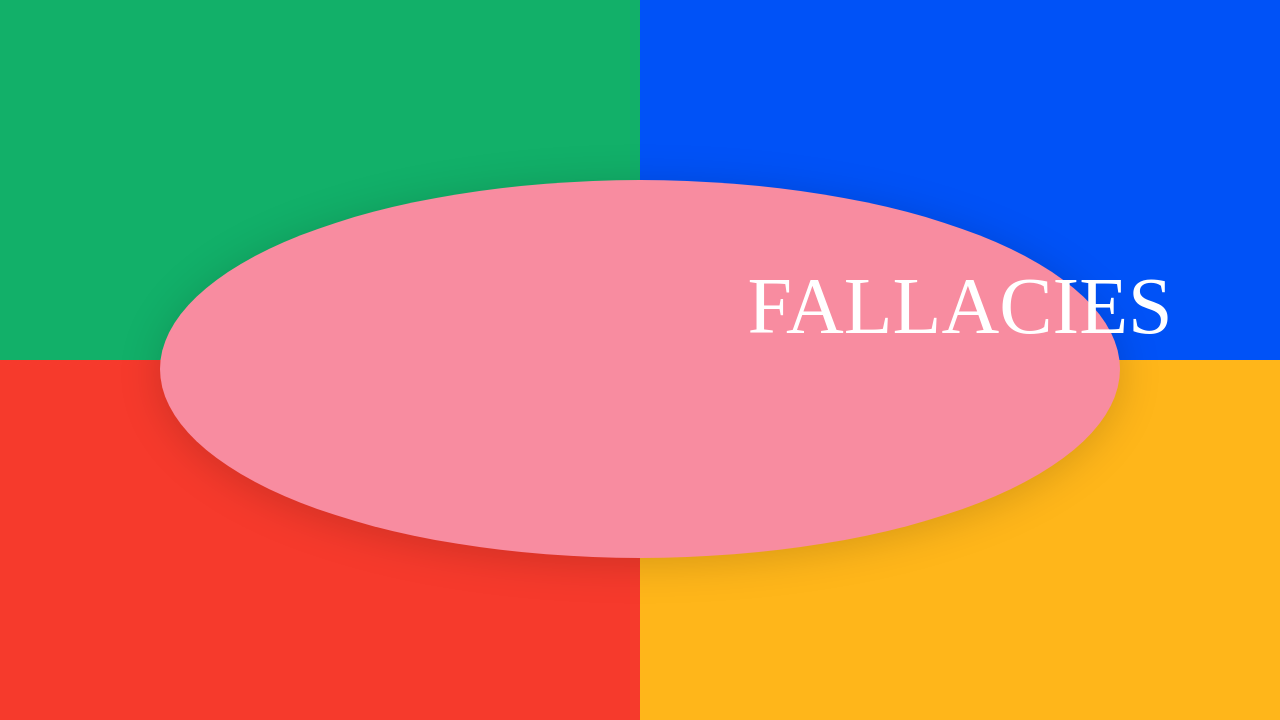
Repository: yafugray/fallacies
Page: project/Midterm project/index.html
An editor plug-in stored every save of this project. The page is shown before and after a run of saves, followed by the edit.
The browser window is 1280 px wide. The pictures show the whole page.

Above is the page before, as saved 2020-03-12 19:17:44.

### project/Midterm project/index.html
<!DOCTYPE html>
<html lang="en">
<head>
    <meta charset="UTF-8">
    <meta name="viewport" content="width=device-width, initial-scale=1.0">
    <title>Fallacies</title>
    <link href="app.css" rel="stylesheet">
</head>
<body>
    <div id="Mainpage">
        <div id="rec1"></div>
        <div id="rec2"></div>
        <div id="rec3"></div>
        <div id="rec4"></div>
        <div id="group1">
            <svg class="ellipse">
                <ellipse fill="rgba(248,140,160,1)" id="Ellipse_8" rx="75%" ry="75%" cx="50%" cy="75%">
                </ellipse>
            </svg>
            <div id="fallacies">
                <span>FALLACIES</span>
            </div>
        </div>
    </div>
</body>
</html>

### project/Midterm project/app.css
* {
    margin: 0;
    padding: 0;
    box-sizing: border-box;
    border: none;
}

#Mainpage {
    position: absolute;
    width: 100vw;
    height: 100vh;
    background-color: azure;
    overflow: hidden;
}
@keyframes fadein {

    0% {
        opacity: 0;
    }
    100% {
        opacity: 1;
    }

}

#rec1 {
	position: absolute;
	overflow: visible;
	width: 50vw;
	height: 50vh;
	left: 0px;
    top: 0px;
    background-color: rgba(18,176,105,1);
}
#rec4 {
	position: absolute;
	overflow: visible;
	width: 50vw;
	height: 50vh;
	left: 0px;
    bottom: 0px;
    background-color: rgba(246,58,44,1);
}
#rec2 {
	position: absolute;
	overflow: visible;
	width: 50vw;
	height: 50vh;
	right: 0px;
    top: 0px;
    background-color: rgba(0,82,247,1);
}
#rec3 {
	position: absolute;
	overflow: visible;
	width: 50vw;
	height: 50vh;
	right: 0px;
    bottom: 0px;
    background-color: rgba(255,182,26,1);
}

#group1 {
    position: relative;
	/* height: 100vh; */
	height: 35vh;
    left: 25%;
    right: 25%;
    top: 25%;
    bottom: 25%;
    /* background-size: contain; */
	overflow: visible;
	--web-animation: fadein 0.3s ease-out;
	--web-action-type: page;
	--web-action-target: custom___2.html;
    cursor: pointer;
    /* transform: translate( -50%, -50% );
    top:50%;
    left: 50%; */
}

.ellipse {
    filter: drop-shadow(0px 5px 20px rgba(0, 0, 0, 0.161));
	position: absolute;
	overflow: visible;
	width: 50vw;
	height: 35vh;
    left: 0px;
    right:0px;
    top: 0px;
    bottom: 0px;
}

#fallacies {
    /* filter: drop-shadow(0px 5px 10px rgba(0, 0, 0, 0.161));
    font-family: TitlingGothicFB Narrow;
    font-style: normal;
    font-weight: bold;
    font-size: 8em;
    width: 50vw;
    padding: 5px 10px;
	color: white;
	text-align: center;
	position: relative;
	top: 55%;
	left: 21%;
    transform: translate( -50%, -50% ); */
    position: absolute;
    top:50%;
    left:50%;
    transform: translate(-50%, -50%);
    font-size:5rem;
    color: white;
    z-index: 2;
    text-align: center;

}

After the next 4 saves:
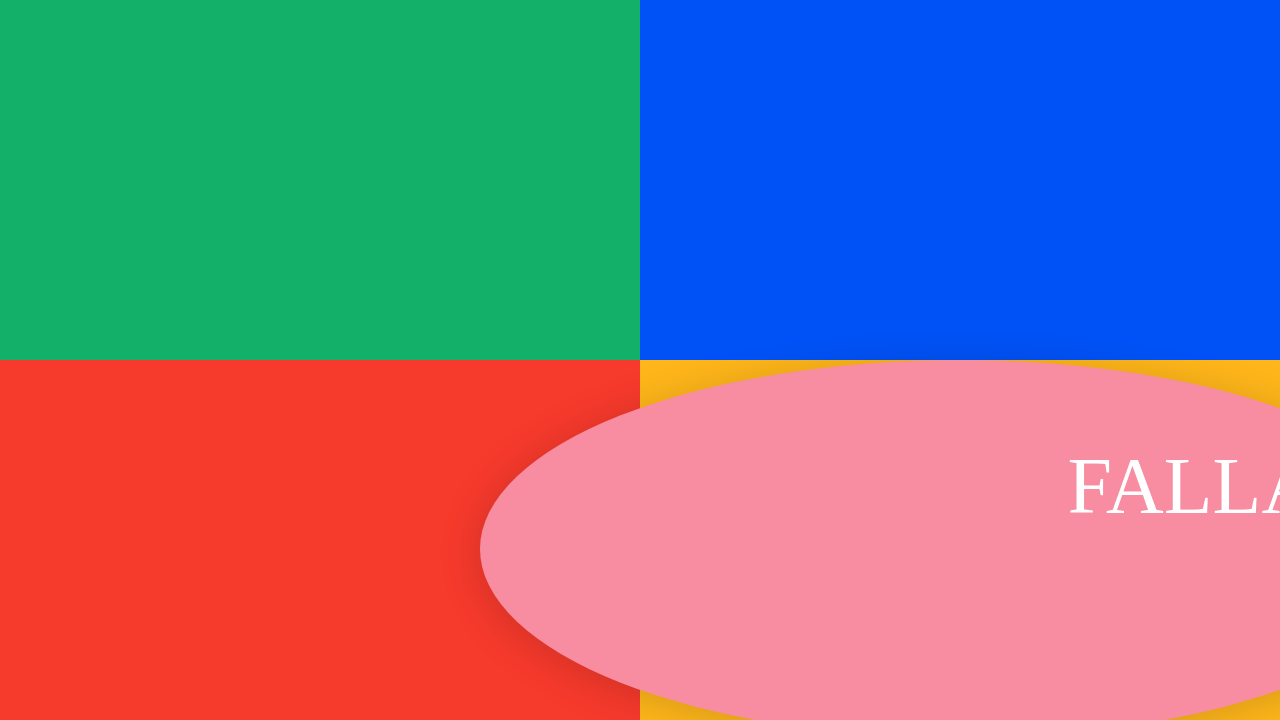
The 4 saves are shown as one change because they came seconds apart.
The last was saved 20 s later.
--- a/project/Midterm project/app.css
+++ b/project/Midterm project/app.css
@@ -74,9 +74,9 @@
 	--web-action-type: page;
 	--web-action-target: custom___2.html;
     cursor: pointer;
-    /* transform: translate( -50%, -50% );
+    /* transform: translate( -50%, -50% ); */
     top:50%;
-    left: 50%; */
+    left: 50%;
 }
 
 .ellipse {

After the save that followed:
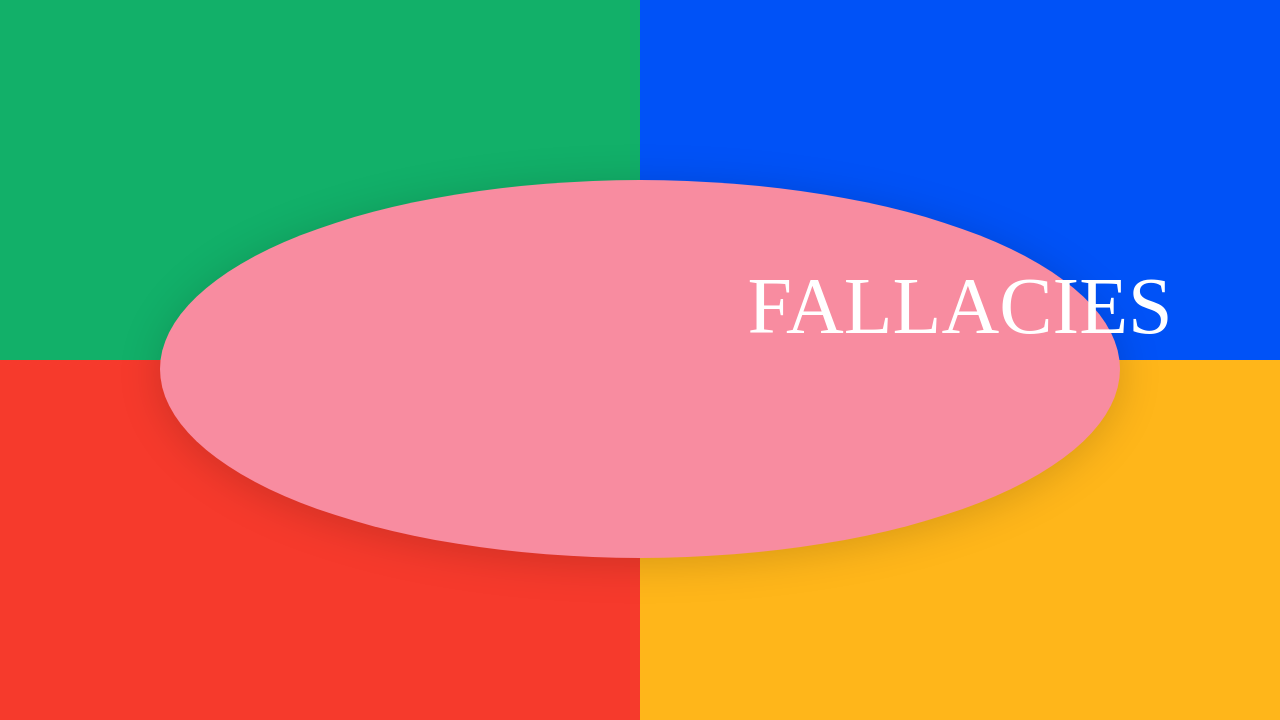
Saved 4 s later.
--- a/project/Midterm project/app.css
+++ b/project/Midterm project/app.css
@@ -75,8 +75,8 @@
 	--web-action-target: custom___2.html;
     cursor: pointer;
     /* transform: translate( -50%, -50% ); */
-    top:50%;
-    left: 50%;
+    /* top:50%;
+    left: 50%; */
 }
 
 .ellipse {
